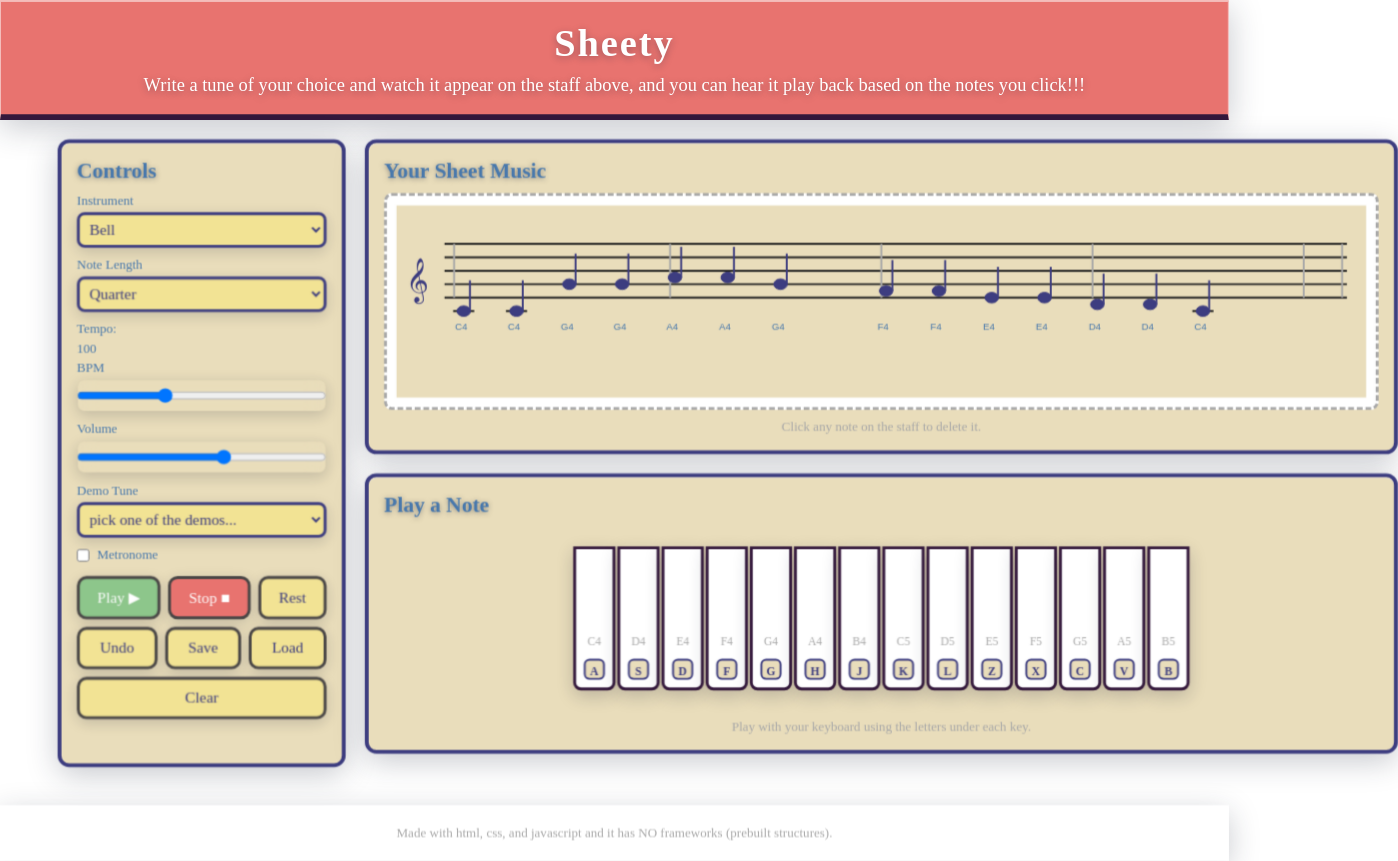
Repository: manayparikh1/sheety
Page: index.html
The author's editor kept a copy of each file at every save. The page is drawn from the files as they stood at one save, then again after the next save.
The browser window is 1280 px wide. The page is 1456 px wide, then 1452 px, so the pictures cover 1456 px, including what lies to the right of the window. The pictures show the whole page, at 96% of full size.

Above is the page before, as saved 2026-08-23 21:14:49.

### index.html
<!DOCTYPE html>
<html lang="en">

<head>
    <meta charset="UTF-8">
    <title>Sheety</title>
    <style>
        * {
            margin: 0;
            padding: 0;
            box-sizing: border-box;
        }

        :root {
            --cream: #e9ddbb;
            --paper: #ffffff;
            --navy: #3d3d80;
            --red: #e8736f;
            --blue: #4979ad;
            --green: #8dc68b;
            --yellow: #f2e394;
            --orange: #f2ae72;
            --darkpurple: #34183c;
            --grey: #a9a9a9;
            --black-key: #494646;
            --line-black: #222222;
            --glass: rgba(255, 255, 255, 0.18);
            --glass-strong: rgba(255, 255, 255, 0.38);
            --edge: rgba(255, 255, 255, 0.55);
            --shade: 0 8px 32px rgba(31, 38, 60, .25);
        }

        html,
        body {
            background:
                radial-gradient(38rem 38rem at 12% 18%, var(--purple), transparent 60%),
                radial-gradient(38rem 38rem at 88% 12%, var(--red), transparent 60%);
            radial-gradient(40rem 40rem at 78% 82%, var(--green), transparent 62%),
            radial-gradient(30rem 30rem at 25% 92%, var(--orange), transparent 60%),
            var(--blue);
            background-attachment: fixed;
            min-height: 100vh;
        }

        section,
        header,
        footer {
            background: var(--glass);
            -webkit-backdrop-filter: blur(18px) saturate(180%);
            backdrop-filter: blur(18px) saturate(180%);
            border: 1px solid var(--edge);
            box-shadow: var(--shade), inset 0 1px 0 rgba(255, 255, 255, .5);
        }

        section {
            border-radius: 18px;
        }

        header {
            border-bottom: 1px solid var(--edge);
            text-shadow: 0 2px 8px rgba(31, 38, 60, .35);
        }

        section h2 {
            color: var(--paper);
            text-shadow: 0 1px 6px rgba(31, 38, 60, .45);
        }

        .grid2 label,
        .toolbar-group label,
        #keyboardHint,
        footer {
            color: rgba(255, 255, 255, 0.85);
        }

        header {
            background: var(--red);
            color: var(--paper);
            padding: 19.5px;
            text-align: center;
            border-bottom: 6px solid var(--darkpurple);
        }

        header h1 {
            font-size: 2.5rem;
            letter-spacing: 2px;
        }

        header p {
            margin-top: 10px;
            font-size: 1.2rem;
        }

        main {
            max-width: 1000px;
            margin: 0 auto;
            padding: 20px;
        }

        section {
            background: var(--cream);
            border: 4px solid var(--navy);
            border-radius: 12px;
            padding: 16px;
            margin-bottom: 20px;
        }

        section h2 {
            color: var(--blue);
            margin-bottom: 10px;
            font-size: 1.4rem;
        }

        .toolbar {
            display: flex;
            flex-wrap: wrap;
            gap: 14px;
            align-items: center;
        }

        .toolbar-group {
            display: flex;
            flex-direction: column;
            gap: 4px;
        }

        .toolbar-group label {
            font-size: 0.85rem;
            color: var(--grey);
        }

        button,
        select,
        input[type="range"] {
            background: var(--glass-strong);
            -webkit-backdrop-filter: blur(10px);
            backdrop-filter: blur(10px);
            border: 1px solid var(--edge);
            color: var(--navy);
            box-shadow: 0 4px 14px rgba(31, 38, 60, .18);
            transition: transform .15s, background .15s;
        }

        button:hover {
            background: rgba(255, 255, 255, .6);
            color: var(--navy);
        }

        button.play-btn {
            background: rgba(141, 198, 139, .55);
            color: var(--paper);
        }

        button.stop-btn {
            background: rgba(232, 115, 111, .55);
            color: var(--paper);
        }

        .white-key {
            background: rgba(255, 255, 255, .3);
            -webkit-backdrop-filter: blur(12px);
            backdrop-filter: blur(12px);
            border: 1px solid var(--edge);
            border-top: none;
            box-shadow: 0 6px 18px rgba(31, 38, 60, .22);
            inset 0 -1px 0 rgba(255, 255, 255, .4);
            color: var(--paper);
        }

        .white-key .pitch-label {
            color: rgba(255, 255, 255, .8);
        }

        .white-key:hover {
            background: rgba(255, 255, 255, .55);
        }

        select,
        input[type="range"] {
            font-family: inherit;
            font-size: 1rem;
            padding: 6px;
            border: 3px solid var(--navy);
            border-radius: 8px;
            background: var(--yellow);
            color: var(--navy);
        }

        button {
            font-family: inherit;
            padding: 10px 16px;
            border-radius: 10px;
            background: var(--yellow);
            font-size: 1rem;
            color: var(--navy);
            cursor: pointer;
            border: 3px solid var(--black-key);
        }

        button {
            transition:
                background-color 0.2s ease,
                color 0.2s ease,
                transform 0.2s ease,
                box-shadow 0.2s ease;
        }

        button:hover {
            background: var(--yellow);
            color: var(--black-key);
            transform: translateY(-3px) scale(1.03);
            box-shadow: 0 8px 20px rgba(0, 0, 0, 0.18);
        }

        button:active {
            transform: translateY(-1px) scale(0.98);
            box-shadow: 0 4px 10px rgba(0, 0, 0, 0.15);

        }

        button.play-btn {
            background: var(--green);
            transition:
                background-color 0.25s ease,
                transform 0.25s cubic-bezier(0.2, 0.8, 0.2, 1),
                box-shadow 0.25s ease;
        }

        button.play-btn:hover {
            background: var(--green);
            transform: translateY(-3px) scale(1.03);
            box-shadow:
                0 8px 20px rgba(0, 0, 0, 0.18),
                0 0 0 3px rgba(255, 255, 255, 0.08)
        }

        button.stop-btn {
            background: var(--red);
            color: var(--paper);
        }

        button.stop-btn:hover {
            background: var(--red);
            transform: translateY(-2px) scale(1.02);
            box-shadow: 0 6px 16px rgba(0, 0, 0, 0.19);
        }

        button.small {
            padding: 6px 10px;
            font-size: 0.85rem;
        }

        #staffWrap {
            overflow-x: auto;
            border: 3px dashed var(--grey);
            border-radius: 8px;
            padding: 10px;
            background: var(--paper);
        }

        svg#staffSvg {
            background: var(--cream);
            display: block;
        }

        .staff-line {
            stroke: var(--line-black);
            stroke-width: 2;
        }

        .bar-line {
            stroke: var(--grey);
            stroke-width: 2;
        }

        .note-head {
            fill: var(--navy);
            stroke: var(--navy);
            stroke-width: 1;
        }

        .note-head.playing {
            fill: var(--red);
            stroke: var(--red);
        }

        .note-stem {
            stroke: var(--navy);
            stroke-width: 2;
        }

        .rest-mark {
            fill: var(--grey);
        }

        .ledger-line {
            stroke: var(--line-black);
            stroke-width: 2;
        }

        .note-label {
            font-size: 10px;
            fill: var(--blue);
            font-family: "Comic Sans MS", cursive, sans-serif;
        }

        .clef-text {
            font-size: 40px;
            fill: var(--navy);
        }

        #piano {
            display: flex;
            justify-content: center;
            padding: 20px 0;
            gap: 2px;
        }

        .white-key {
            width: 44px;
            height: 150px;
            background: var(--paper);
            border: 3px solid var(--darkpurple);
            border-radius: 0 0 8px 8px;
            cursor: pointer;
            display: flex;
            flex-direction: column;
            align-items: center;
            justify-content: flex-end;
            padding-bottom: 8px;
            font-size: 0.75rem;
            color: var(--grey);
            user-select: none;
        }

        .white-key .pitch-label {
            font-size: 0.75rem;
            color: var(--grey);
        }

        .white-key .key-hint {
            margin-top: 10px;
            width: 22px;
            height: 22px;
            line-height: 22px;
            text-align: center;
            border: 2px solid var(--navy);
            border-radius: 6px;
            background: var(--cream);
            color: var(--navy);
            font-size: 0.75rem;
            font-weight: bold;
        }

        .white-key.pressed .key-hint {
            background: var(--green);
            color: var(--cream);
        }

        #keyboardHint {
            margin-top: 10px;
            font-size: 0.85rem;
            color: var(--grey);
            text-align: center
        }

        .white-key:hover {
            background: var(--yellow);
            transform: translateY(-2px);
            box-shadow: 0 4px 12px rgba(0, 0, 0, 0.15);
        }

        .white-key:active,
        .white-key.pressed {
            background: var(--orange);
            color: var(--cream);
        }

        footer {
            text-align: center;
            padding: 20px;
            color: var(--grey);
            font-size: 0.85rem;
        }

        #statusMsg {
            margin-top: 10px;
            font-size: 0.9rem;
            color: var(--green);
            min-height: 20px;
        }

        main {
            max-width: 1200px;
            display: grid;
            grid-template-columns: 300px 1fr;
            gap: 20px;
            align-items: start;
        }

        .controls {
            position: sticky;
            top: 20px;
        }

        @media (max-width: 900px) {
            main {
                grid-template-columns: 1fr;
            }

            .controls {
                position: static;
            }
        }

        .grid2 {
            display: grid;
            gap: 10px;
        }

        .grid2 label {
            display: flex;
            flex-direction: column;
            gap: 4px;
            font-size: 0.85rem;
            color: var(--blue);
        }

        .grid2 label.check {
            flex-direction: row;
            align-items: center;
            gap: 8px;
        }

        .grid2 select,
        .grid2 input[type=range] {
            width: 100%;
        }

        .btns {
            display: flex;
            flex-wrap: wrap;
            gap: 8px;
            margin-top: 14px;
        }

        .btns button {
            flex: 1 1 auto;
        }

        .hollow {
            fill: var(--paper);
            stroke-width: 2.5;
        }

        .playing {
            fill: var(--red) !important;
            stroke: var(--red);
        }

        .note-head,
        .rest-mark {
            cursor: pointer;
        }
    </style>
</head>

<body>
    <header>
        <h1>Sheety</h1>
        <p>Write a tune of your choice and watch it appear on the staff above, and you can hear it play back based on
            the notes you click!!!</p>
    </header>
    <main>
        <section class="controls">
            <h2>Controls</h2>
            <div class="grid2">
                <label>Instrument
                    <select id="wave">
                        <option value="sine">Bell</option>
                        <option value="triangle">Flute-ish</option>
                        <option value="square">Robot</option>
                        <option value="sawtooth">Buzzy</option>
                    </select>
                </label>
                <label>Note Length
                    <select id="dur">
                        <option value="w">Whole</option>
                        <option value="h">Half</option>
                        <option value="q" selected>Quarter</option>
                        <option value="e">Eigth</option>
                    </select>
                </label>
                <label>Tempo: <span id="bpmOut">100</span> BPM
                    <input type="range" id="bpm" min="40" max="220" value="100">
                </label>
                <label>Volume
                    <input type="range" id="vol" min="0" max="100" value="60">
                </label>
                <label> Demo Tune
                    <select id="demo">
                        <option value="">pick one of the demos...</option>
                    </select>
                </label>
                <label class="check"><input type="checkbox" id="metro"> Metronome</label>
            </div>
            <div class="btns">
                <button class="play-btn" id="playBtn">Play &#9654;</button>
                <button class="stop-btn" id="stopBtn">Stop &#9632;</button>
                <button id="restBtn">Rest</button>
                <button id="undoBtn">Undo</button>
                <button id="saveBtn">Save</button>
                <button id="loadBtn">Load</button>
                <button id="clearBtn">Clear</button>
            </div>
            <div id="statusMsg"></div>
        </section>
        <div>
            <section>
                <h2>Your Sheet Music</h2>
                <div id="staffWrap"><svg id="staffSvg"></svg>
                </div>
                <div id="keyboardHint">Click any note on the staff to delete it.</div>
            </section>
            <section>
                <h2>Play a Note</h2>
                <div id="piano"></div>
                <div id="keyboardHint">Play with your keyboard using the letters under each key.</div>
            </section>
        </div>
    </main>
    <footer>Made with html, css, and javascript and it has NO frameworks (prebuilt structures).</footer>
    <script>
        const N = "CDEFGAB", S = [0, 2, 4, 5, 7, 9, 11], K = "ASDFGHJKLZXCVB", B = { w: 4, h: 2, q: 1, e: .5 }, $ = i => document.getElementById(i);
        const nm = i => N[i % 7] + (4 + (i / 7 | 0)), P = [...Array(14)].map((_, i) => nm(i)), fq = i => 440 * 2 ** ((60 + 12 * (i / 7 | 0) + S[i % 7] - 69) / 12);
        const D = { "Twinkle Twinkle": "C4q C4q G4q G4q A4q A4q G4h F4q F4q E4q E4q D4q D4q C4h", "Ode to Joy": "E4q E4q F4q G4q G4q F4q E4q D4q C4q C4q D4q E4q E4h D4q D4h", "Mary's Lamb": "E4q D4q C4q D4q E4q E4q E4h D4q D4q D4h E4q G4q G4h" };
        const pr = s => s.split(" ").map(t =>
            ({ i: P.indexOf(t.slice(0, 2)), d: t[2] })
        );
        const sv = $("staffSvg"), AC =
            () => ctx ||= new (window.AudioContext || window.webkitAudioContext), vl = () => $("vol").value / 100;
        let song = pr(D["Twinkle Twinkle"]), ctx, T = [], V = [], go = 0, st, H = {}, KP = {};

        const msg = m => { $("statusMsg").textContent = m; clearTimeout(st); st = setTimeout(() => $("statusMsg").textContent = "", 3500) };
        const led = (x, y) => `<line class="ledger-line" x1=${x - 11} y1=${y} x2=${x + 11} y2=${y} />`;

        function draw() {
            let R = [[]], b = 0, W = 70 + 16 * 55 + 60;
            song.forEach((n, g) => {
                if (b + B[n.d] > 16) { R.push([]); b = 0 } R.at(-1).push({ ...n, g }); b += B[n.d]
            });
            sv.setAttribute("width", W); sv.setAttribute("height", R.length * 200);
            sv.innerHTML = R.map((r, ri) => {
                const t = ri * 200 + 40, bo = t + 50 + 5 + 1, bar = x => `<line class="bar-line" x1=${x} y1=${t} x2=${x} y2=${bo} />`;
                let o = [0, 1, 2, 3, 4].map(l => `<line class="staff-line" x1=50 y1=${t + l * 14} x2=${W - 20} y2=${t + l * 14} />`).join("") + `<text class="clef-text" x=10 y=${bo - 5}>&#119070;</text>` + bar(60), x = 70, c = 0;
                for (const n of r) {
                    if (n.i < 0) o += `<rect class="rest-mark" data-i=${n.g} x=${x - 6} y=${t + 24} width=12 height=8 rx=2 />`;
                    else {
                        const s = n.i - 2, y = bo - s * 7, u = s < 4, sx = x + (u ? 6.5 : -6.5), sy = y + (u ? -32 : 32);
                        for (let k = -2; k >= s; k -= 2)o += led(x, bo - k * 7);
                        for (let k = 10; k <= s; k += 2)o += led(x, bo - k * 7);
                        o += `<ellipse class="note-head${n.d == "w" ? " hollow" : ""}" data-i=${n.g} cx=${x} cy=${y} rx=7 ry=5.5 />` + (n.d == "w" ? "" : `<line class="note-stem" x1=${sx} y1=${y} x2=${sx} y2=${sy} />` + (n.d == "e" ? `<path class="note-stem" fill=none d="M${sx} ${sy}q10 ${u ? 5 : -5} 6 ${u ? 15 : -15}" />` : ""));
                    }
                    o += `<text class="note-label" x=${x - 9} y=${bo + 34}>${n.i < 0 ? "rest" : nm(n.i)}</text>`;
                    x += B[n.d] * 55; if ((c += B[n.d]) > 3.99) { o += bar(x - 5); c = 0 }
                }
                return o + bar(W - 25)
            }).join("");
        }
        const tn = (f, t, l, w = $("wave").value, v = vl()) => { const c = AC(), o = new OscillatorNode(c, { type: w, frequency: f }), g = new GainNode(c); g.gain.setValueAtTime(0, t).linearRampToValueAtTime(v, t + .02).exponentialRampToValueAtTime(1e-4, t + l); o.connect(g).connect(c.destination); o.start(t); o.stop(t + l); V.push(o) };
        const clr =
            () => sv.querySelectorAll(".playing").forEach(e => e.classList.remove("playing"));
        const play = () => {
            if (!song.length || go) return msg(go ? "Already playing!" : "Nothing to play yet!");
            go = 1; msg("PLAYINGGG..."); const
                c = AC(), bt = 60 / $("bpm").value; let t = c.currentTime + .1;
            song.forEach((n, g) => {
                const l = B[n.d] * bt, ms = (t - c.currentTime) * 1e3;
                if (n.i >= 0) tn(fq(n.i), t, l);
                if ($("metro").checked) for (let k = 0; k < Math.max(1, B[n.d]); k++)tn(1e3, t + k * bt, .05, "square", vl() * .3);
                T.push(setTimeout(() => { clr(); sv.querySelector(`[data-i="${g}"]`)?.classList.add("playing") }, ms)); t += l
            });
            T.push(setTimeout(() => { go = 0; clr(); msg("Finished!") }, (t - c.currentTime) * 1e3))
        };
        const stop = () => { T.map(clearTimeout); T = []; V.map(o => o.stop()); V = []; clr(); go = 0; msg("Stopped.") };
        const hit = i => { song.push({ i, d: $("dur").value }); draw(); const e = $("k" + i); e.classList.add("pressed"); setTimeout(() => e.classList.remove("pressed"), 180); tn(fq(i), AC().currentTime, .35) };

        $("piano").innerHTML = P.map((p, i) => (KP[K[i]] = i, `<div class="white-key" data-i=${i} id=k${i}><span class="pitch-label">${p}</span><span class="key-hint">${K[i]}</span></div>`)).join("");
        $("demo").innerHTML += Object.keys(D).map(n => `<option>${n}</option>`).join("");
        $("demo").onchange = e => e.target.value && (song = pr(D[e.target.value]), draw(), msg("Loaded " + e.target.value));
        $("bpm").oninput = e => $("bpmOut").textContent = e.target.value;
        onkeyup = e => H[e.key.toUpperCase()] = 0;
        onkeydown = e => { if (/^(IN|SE|TE)/.test(document.activeElement.tagName)) return; const k = e.key.toUpperCase(); if (k in KP && !H[k]) H[k] = 1, hit(KP[k]); if (e.code == "Space") e.preventDefault(), go ? stop() : play() };

        const ACT = {
            playBtn: play, stopBtn: stop,
            restBtn: () => (song.push({ i: -1, d: $("dur").value }), draw(), msg("Added a rest.")),
            undoBtn: () => song.length ? (song.pop(), draw(), msg("Undone.")) : msg("Nothing to undo!"),
            clearBtn: () => song.length && confirm("Clear the whole song?") && (song = [], draw(), msg("Fresh start!")),
            saveBtn: () => (localStorage.sheety = JSON.stringify(song), msg("Saved.")),
            loadBtn: () => localStorage.sheety ? (song = JSON.parse(localStorage.sheety), draw(), msg("Loaded.")) : msg("No saved song.")
        };
        document.onclick = e => {
            const k = e.target.closest(".white-key"), i = e.target.dataset.i;
            k ? hit(+k.dataset.i) : i ? (song.splice(+i, 1), draw(), msg("Deleted.")) : ACT[e.target.id]?.()
        };
        draw();
    </script>
</body>

After the next save:
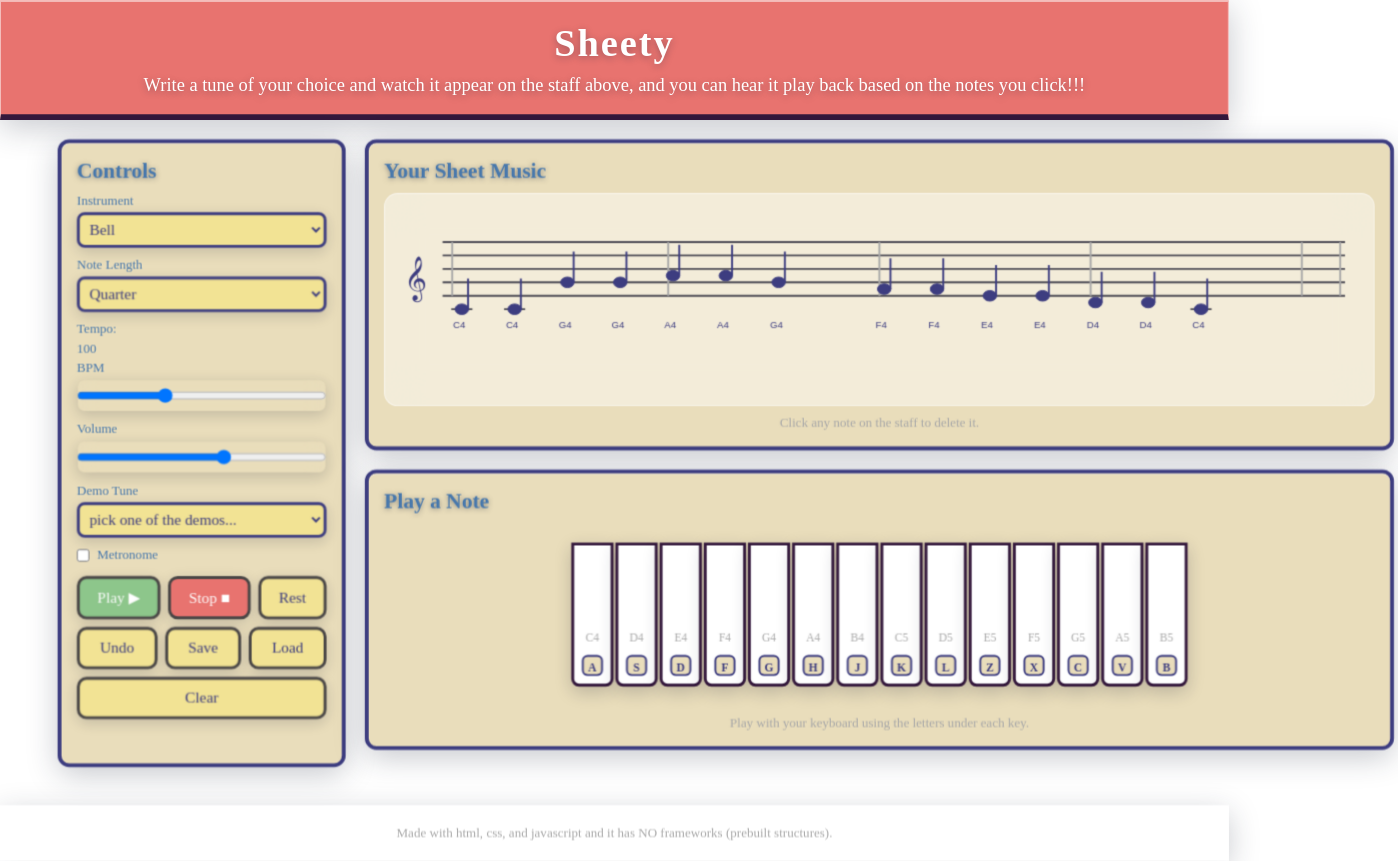
Saved 26 s later.
--- a/index.html
+++ b/index.html
@@ -40,6 +40,17 @@
             var(--blue);
             background-attachment: fixed;
             min-height: 100vh;
+            animation: drift 24s ease-in-out infinite alternate;
+        }
+
+        @keyframes drift {
+            from {
+                background-position: 0 0, 0 0, 0 0, 0 0, 0 0;
+            }
+
+            to {
+                background-position: 4% 3%, -4% 5%, 3% -4%, -3% -3%, 0 0;
+            }
         }
 
         section,
@@ -252,19 +263,21 @@
 
         #staffWrap {
             overflow-x: auto;
-            border: 3px dashed var(--grey);
-            border-radius: 8px;
+            border: 1px solid var(--edge);
+            border-radius: 14px;
             padding: 10px;
-            background: var(--paper);
+            background: rgba(255, 255, 255, .45);
+            -webkit-backdrop-filter: blur(20px);
+            backdrop-filter: blur(20px);
         }
 
         svg#staffSvg {
-            background: var(--cream);
+            background: transparent;
             display: block;
         }
 
         .staff-line {
-            stroke: var(--line-black);
+            stroke: rgba(20, 20, 40, .75);
             stroke-width: 2;
         }
 
@@ -294,13 +307,13 @@
         }
 
         .ledger-line {
-            stroke: var(--line-black);
+            stroke: rgba(20, 20, 40, .75);
             stroke-width: 2;
         }
 
         .note-label {
             font-size: 10px;
-            fill: var(--blue);
+            fill: var(--navy);
             font-family: "Comic Sans MS", cursive, sans-serif;
         }
 
